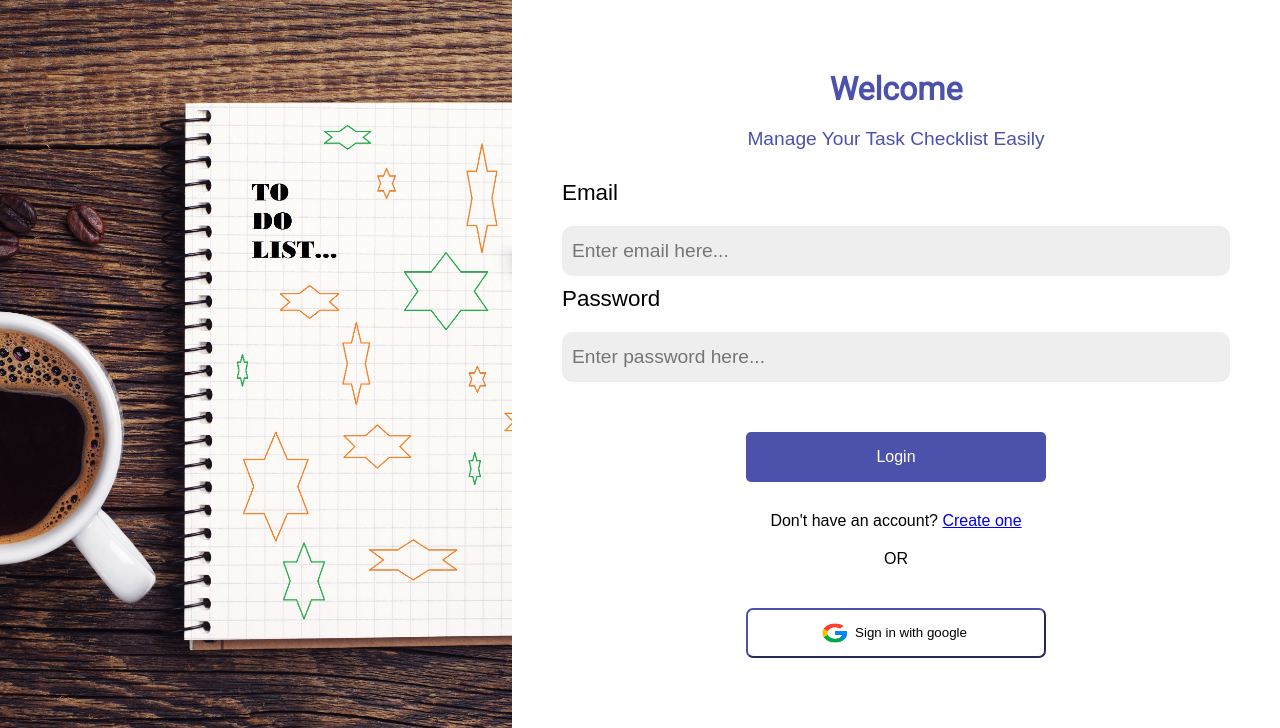
Repository: tebo27cMd/todo_App
Page: /
The author's editor kept a copy of each file at every save. The page is drawn from the files as they stood at one save, then again after the next save.
The browser window is 1280 px wide. The pictures show the whole page.
The pointer rests on the first visible `.LoginPage .lgnBtn`.
The project was rebuilt for these pictures with package versions that can differ from the ones it lists, and the page was loaded fresh each time. Also part of the build but not shown: src/Pages/SignInPage.jsx, src/Pages/HomePage.jsx.

Above is the page before, as saved 2022-08-23 09:54:20.

After the next save:
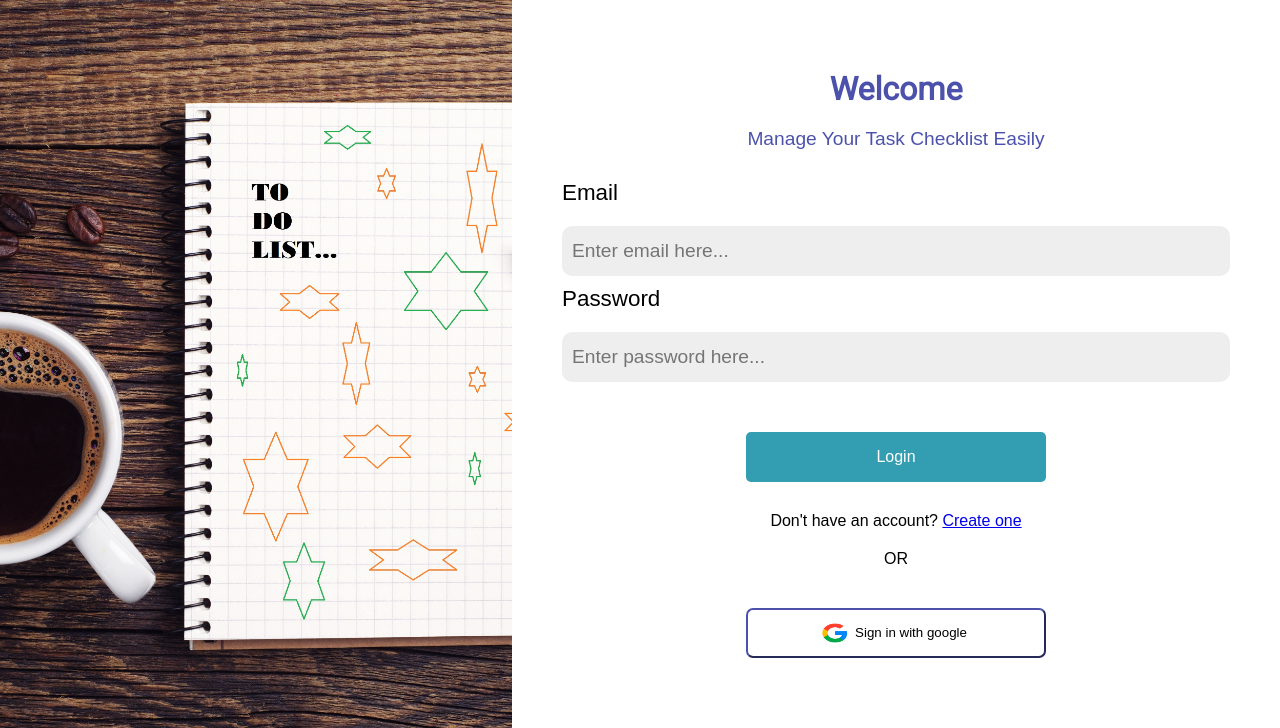
Saved 10 s later.
--- a/src/Pages/LoginPage.css
+++ b/src/Pages/LoginPage.css
@@ -76,7 +76,7 @@
 
 }
 .LoginPage .lgnBtn:hover{
-   background-color:#4c52ac;
+
    border-color: #4c52ac;
 }
 .LoginPage .lgnBtn{

After the save that followed:
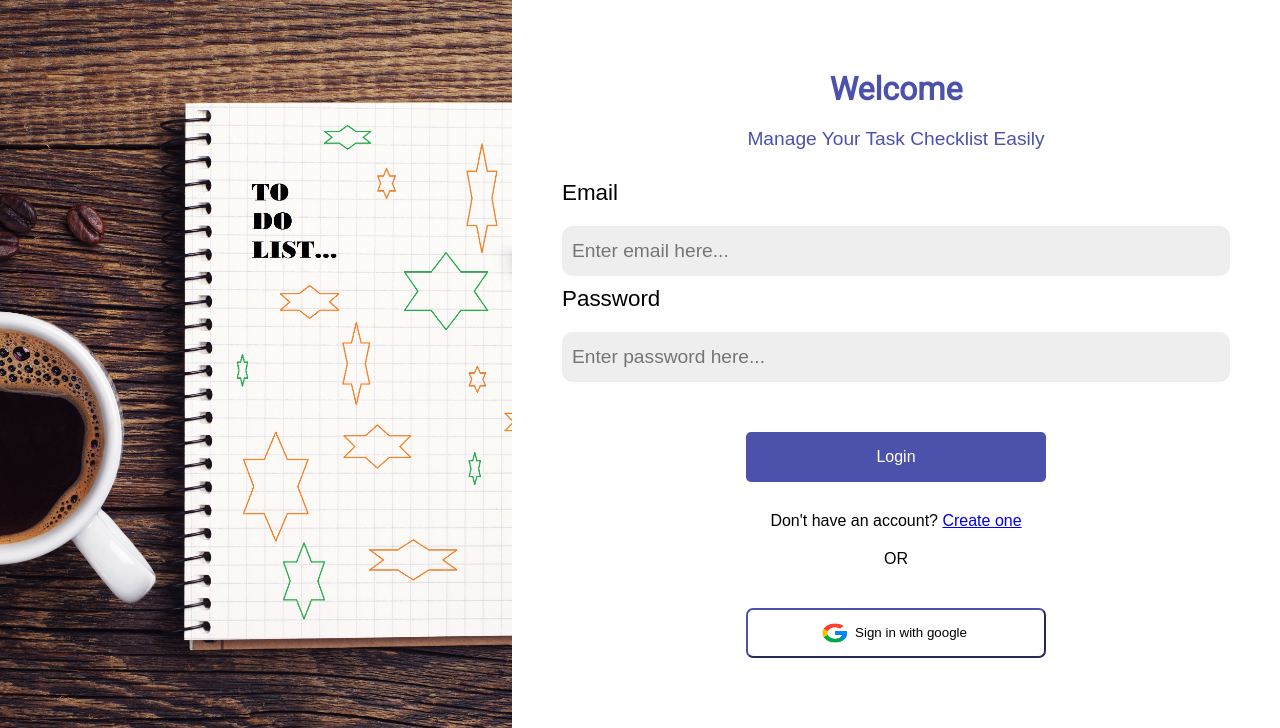
Saved 11 s later.
--- a/src/Pages/LoginPage.css
+++ b/src/Pages/LoginPage.css
@@ -76,7 +76,7 @@
 
 }
 .LoginPage .lgnBtn:hover{
-
+   background-color:#4c52ac;
    border-color: #4c52ac;
 }
 .LoginPage .lgnBtn{
